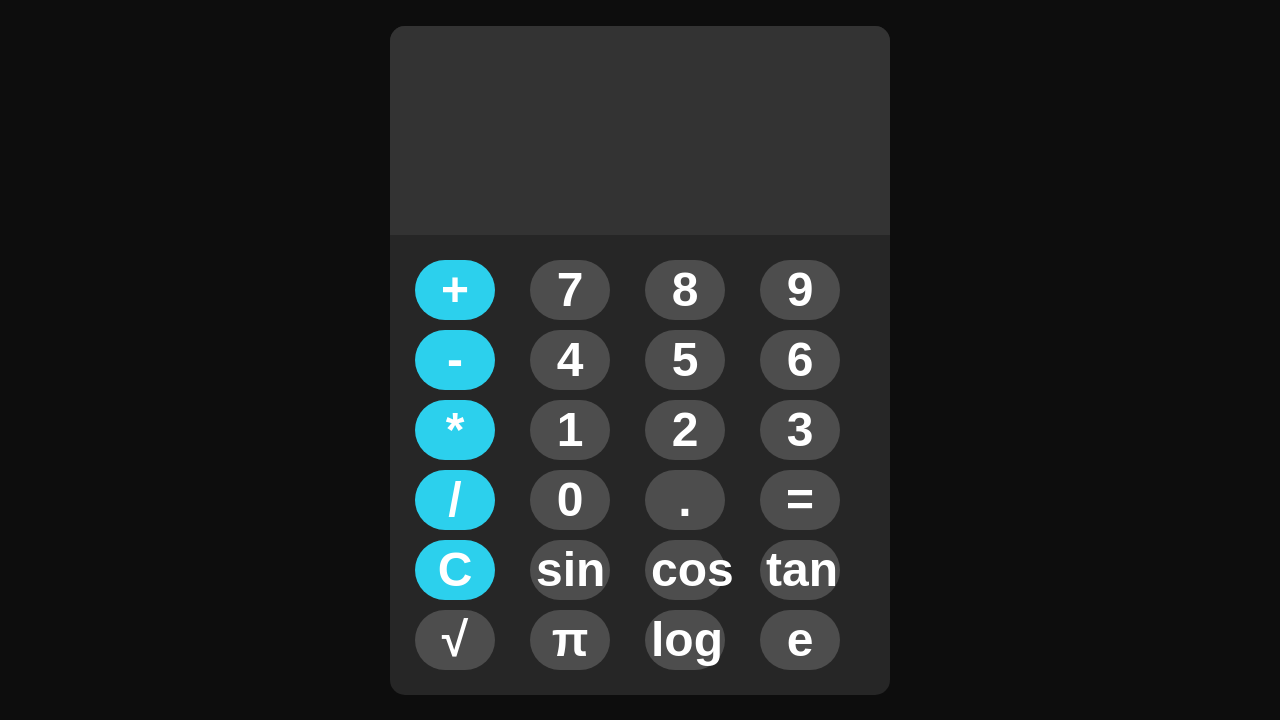
Repository: Haakim19/JavaScript
Page: Calculater/Main.html
The author's editor kept a copy of each file at every save. The page is drawn from the files as they stood at one save, then again after the next save.
The browser window is 1280 px wide. The pictures show the whole page.

Above is the page before, as saved 2024-10-23 10:14:19.

After the next save:
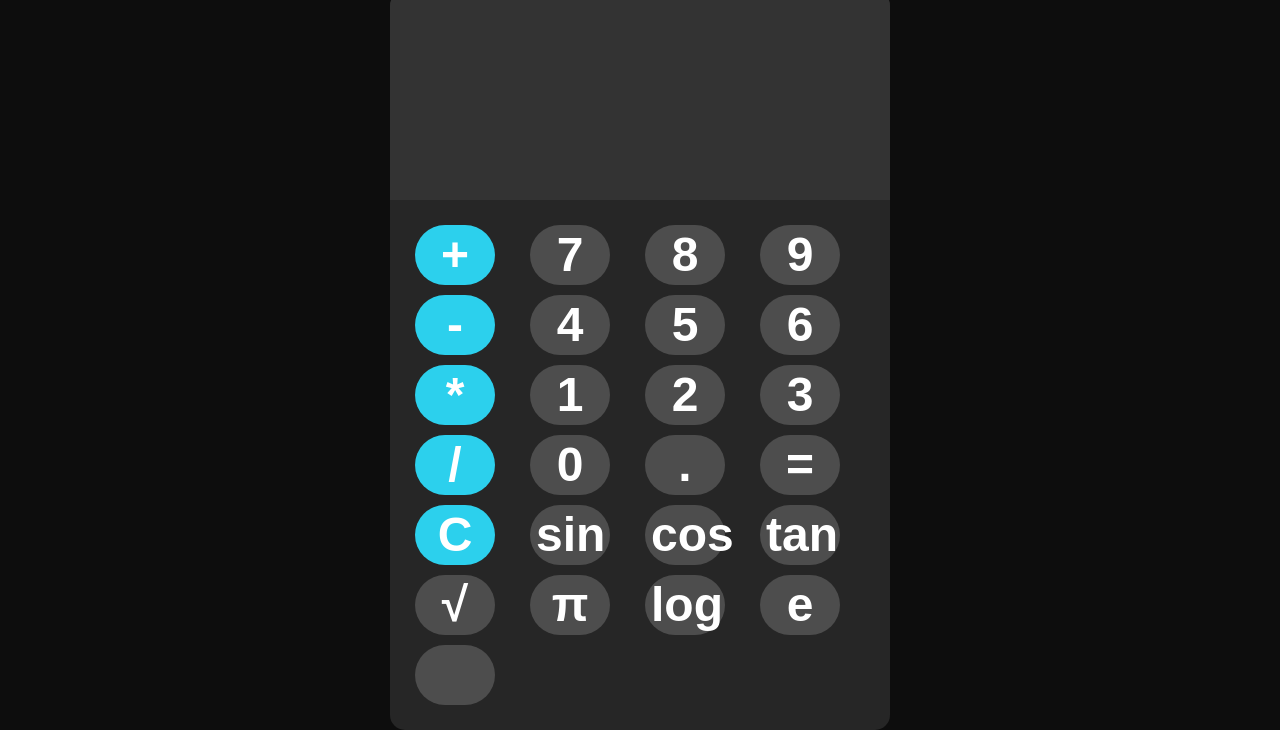
Console error (its wording comes from the project's code and is left out).
Saved 71 s later.
--- a/Calculater/Main.html
+++ b/Calculater/Main.html
@@ -35,7 +35,8 @@
                 <button onclick="appentToDisplay('Math.sqrt()')">√</button>
                 <button onclick="appendToDisplay('Math.PI()')">π</button>
                 <button onclick="appentToDisplay('Math.log()')">log</button>
-                <button onclick="appentToDisplay('e')">e</button>
+                <button onclick="appentToDisplay('Math.e()')">e</button>
+                <button onclick="appendToDisplay('Math.log()')>ln</button>
             </div>
         </div>
 

After the save that followed:
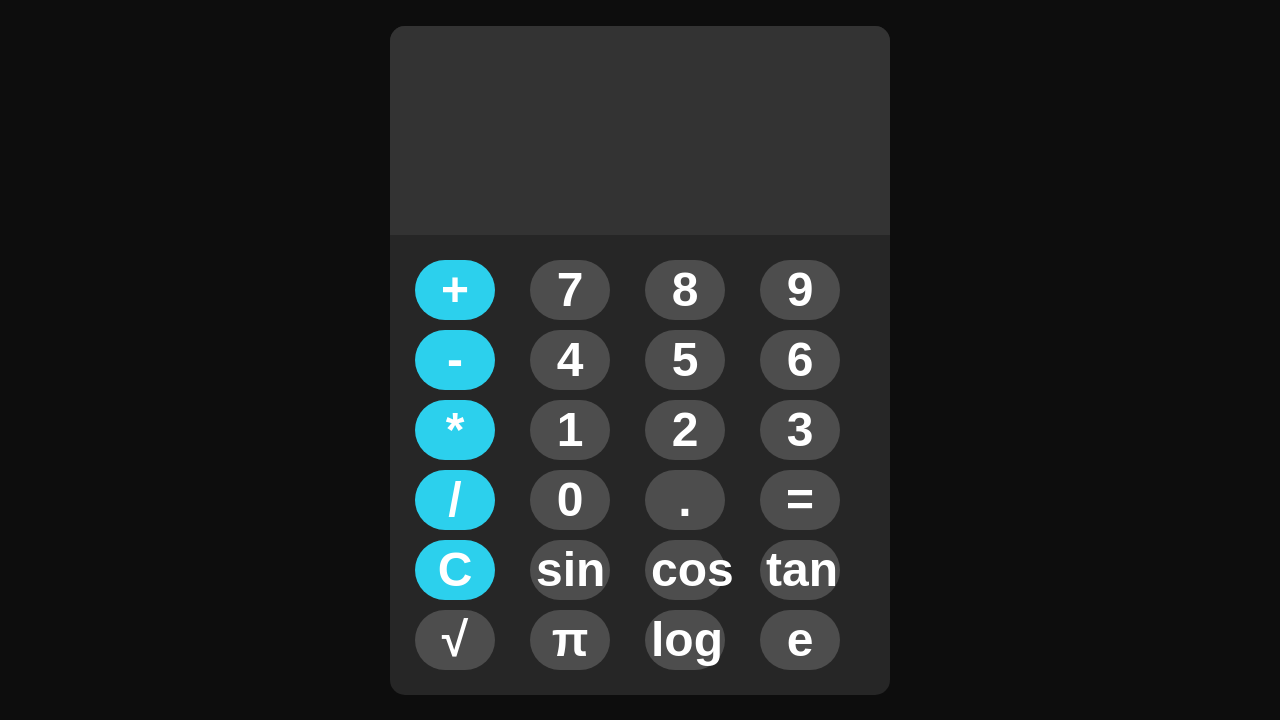
The error is gone.
Saved 59 s later.
--- a/Calculater/Main.html
+++ b/Calculater/Main.html
@@ -36,7 +36,7 @@
                 <button onclick="appendToDisplay('Math.PI()')">π</button>
                 <button onclick="appentToDisplay('Math.log()')">log</button>
                 <button onclick="appentToDisplay('Math.e()')">e</button>
-                <button onclick="appendToDisplay('Math.log()')>ln</button>
+                <!-- <button onclick="appendToDisplay('Math.log()')>ln</button> -->
             </div>
         </div>
 
